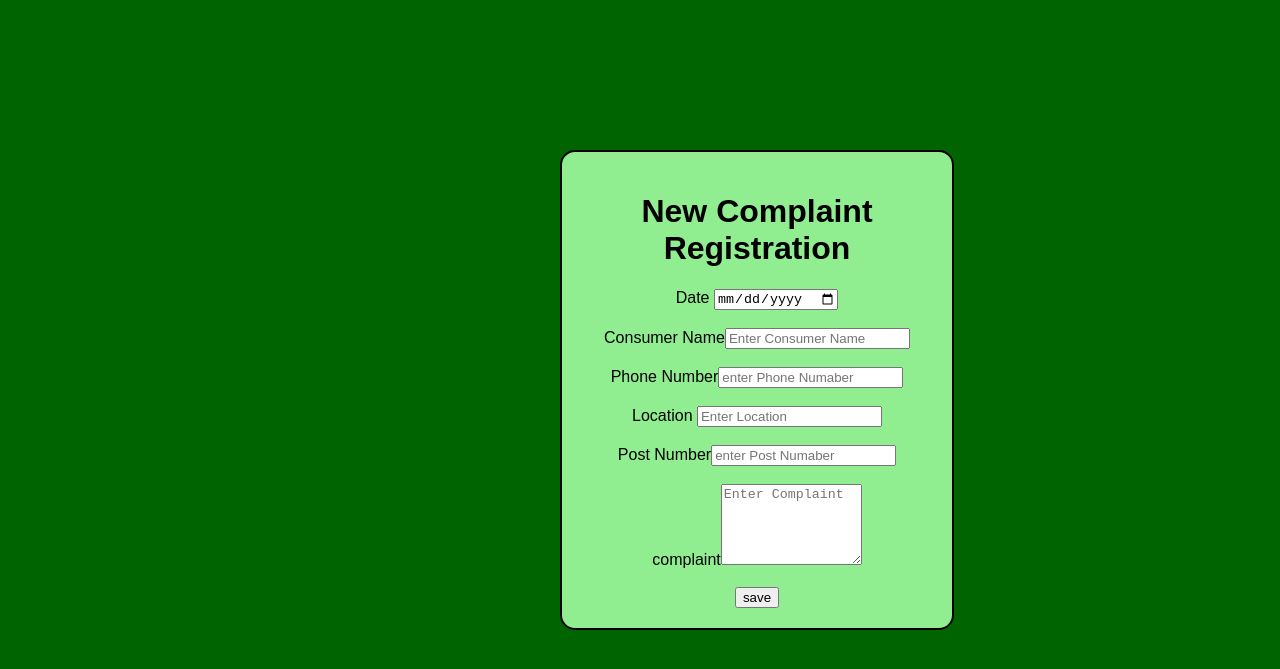
Repository: Jobinte/KSEB-PROJECT
Page: KSEB-complaint-management/WebContent/complaintRegistration.html
These files come from the project's save history. The page is drawn as it stood at one moment and after the next save; the edit follows.
The browser window is 1280 px wide. The pictures show the whole page.

Above is the page before, as saved 2023-11-22 07:55:47.

After the next save:
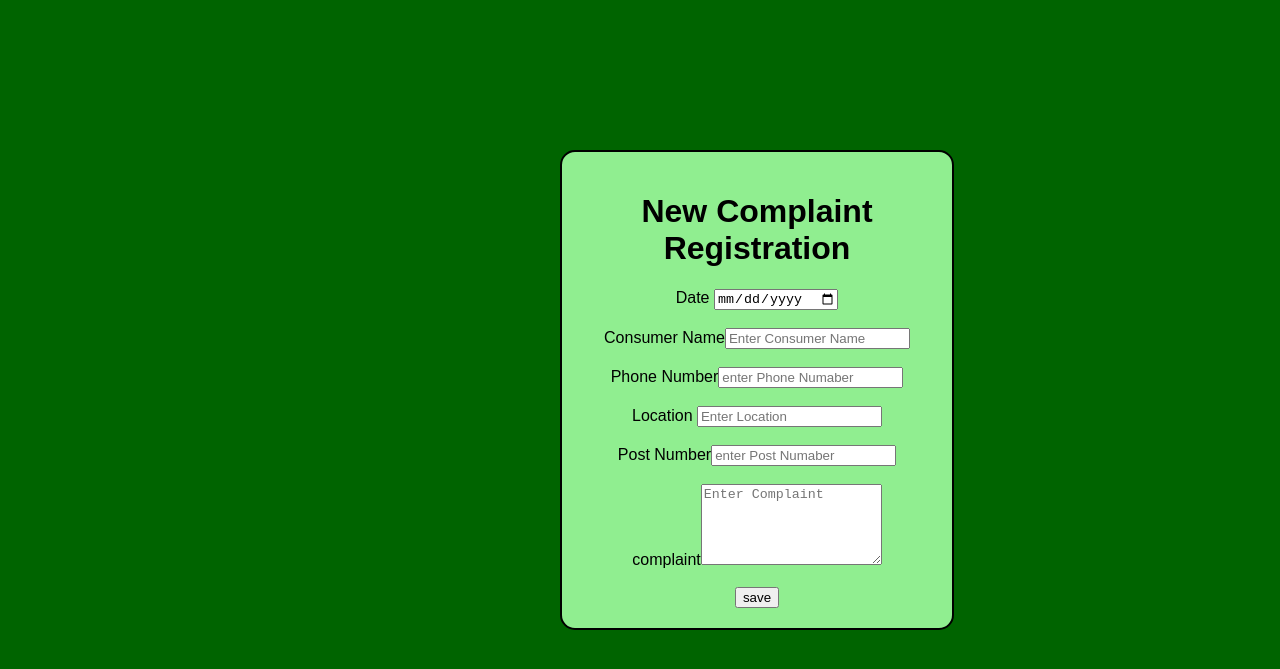
Saved 33 s later.
--- a/KSEB-complaint-management/WebContent/complaintRegistration.html
+++ b/KSEB-complaint-management/WebContent/complaintRegistration.html
@@ -20,7 +20,7 @@
 			Phone Number<input type="text" name="phone" placeholder="enter Phone Numaber " /> <br> <br>
 			Location <input type="text" name="location" placeholder="Enter Location " /> <br> <br>
 			Post Number<input type="text" name="post" placeholder="enter Post Numaber  " /> <br> <br>
-			complaint<textarea rows="5" cols="15" name="complaint"  placeholder="Enter Complaint"></textarea> <br> <br>
+			complaint<textarea rows="5" cols="20" name="complaint"  placeholder="Enter Complaint"></textarea> <br> <br>
 			<input type="submit" value="save" />
 			</div>
 			</form>
